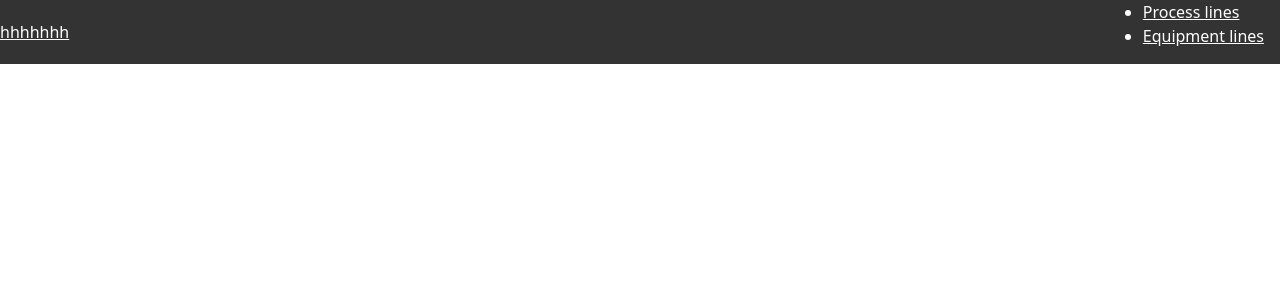
Repository: sreech465/evin3
Page: /pdetails
The author's editor kept a copy of each file at every save. The page is drawn from the files as they stood at one save, then again after the next save.
The browser window is 1280 px wide. The pictures show the whole page.
The page's requests for data from a server got no answer. The project was rebuilt for these pictures with package versions that can differ from the ones it lists, and the page was loaded fresh each time. No one was signed in, and anything a server would have sent is missing. Also part of the build but not shown: src/Login.js, src/Display.js, src/Details.js, src/Equipment.js, src/Learning.js.

Above is the page before, as saved 2022-10-29 00:35:05.

### src/index.js
import React from "react";
import ReactDOM from "react-dom/client";
import "./index.css";
import App from "./App";
import reportWebVitals from "./reportWebVitals";
import { Provider } from "react-redux";
import store from "./store";
import "bootstrap/dist/css/bootstrap.min.css";
const root = ReactDOM.createRoot(document.getElementById("root"));
root.render(
  <React.StrictMode>
    <Provider store={store}>
      <App />
    </Provider>
  </React.StrictMode>
);

// If you want to start measuring performance in your app, pass a function
// to log results (for example: reportWebVitals(console.log))
// or send to an analytics endpoint. Learn more: https://bit.ly/CRA-vitals
reportWebVitals();

### src/App.js
import React from "react";
import { Routes, Route } from "react-router-dom";
import { BrowserRouter } from "react-router-dom";
import Login from "./Login";
import Display from "./Display";
import Details from "./Details";
import Process from "./Process";
import Equipment from "./Equipment";
import Learning from "./Learning";

const App = () => {
  return (
    <div className="App">
      <BrowserRouter>
        <Routes>
          <Route path="/" element={<Login />} />
          <Route path="/display" element={<Display />} />
          <Route path="/details" element={<Details />} />
          <Route path="/pdetails" element={<Process />} />
          <Route path="/elearning" element={<Learning />} />
        </Routes>
      </BrowserRouter>
    </div>
  );
};

export default App;

### src/store.js
import { applyMiddleware, createStore } from "redux";
import thunk from "redux-thunk";

import { singleReducer } from "./combineReducer";

const store = createStore(singleReducer, applyMiddleware(thunk));

export default store;

### src/Process.js
import React, { useState, useEffect } from "react";
import { useSelector, useDispatch } from "react-redux";
import { getProcesslines } from "./Actions";
import Headertabs from "./Headertabs";
import { Routes, Route } from "react-router-dom";
import { BrowserRouter } from "react-router-dom";
import Equipment from "./Equipment";

const Process = () => {
  const dispatch = useDispatch();

  const access_token = useSelector(
    (state) => state.LoginReducer.auth.access_token
  );
  console.log(access_token);

  const ProcessData = useSelector((state) => state.ProcessReducer.Data101);
  console.log(ProcessData);

  useEffect(() => {
    dispatch(getProcesslines(access_token));
  }, []);

  return (
    <>
      <Headertabs />
      <div>
        <Routes>
          <Route path="/equipment" element={<Equipment />} />
        </Routes>
      </div>

      <>
        {ProcessData &&
          ProcessData.data.length > 0 &&
          ProcessData.data.map((element) => {
            return (
              <>
                <div class="card" style={{ display: "flex" }}>
                  <img
                    style={{ width: 70, height: 40 }}
                    class="card-img-top"
                    src={element.primary_product_details.primary_product_image}
                    alt="Card image cap"
                  />
                  <div class="card-body">
                    <h5 class="card-title">{element.name}</h5>
                    <p class="card-text">
                      {element.line_capacity} {element.org_location_name}.
                    </p>
                    <a href="#" class="btn btn-primary">
                      Go somewhere
                    </a>
                  </div>
                </div>
              </>
            );
          })}
      </>
      {/* ) : ( "loading" ); */}
    </>
  );
};

export default Process;

### src/combineReducer.js
import { combineReducers } from "redux";
import { LoginReducer, processReducer, projectReducer } from "./Reducer";

export const singleReducer = combineReducers({
  LoginReducer: LoginReducer,
  ProjectReducer: projectReducer,
  ProcessReducer: processReducer,
});

### src/Actions.js
import axios from "axios";

import {
  LOGIN_SUCESS,
  PROCESS_SUCESS,
  PROJECT_SUCESS,
  EQUIPMENT_SUCESS,
} from "./types";

const apiBaseUrl = "http://52.139.224.15:81/account/";
const adminbaseurl = "http://52.139.224.15:81/";
const baseUrl = "http://52.139.224.15:81/account/login/";

export const loginAction = (username, password, navigate) => {
  console.log(username, password, "action");
  return async (dispatch) => {
    const formData = {
      username: username,
      password: password,
    };

    try {
      await axios.post(baseUrl, formData).then((response) => {
        console.log("response from api", response.data);
        if (response.status == 200) {
          dispatch({ type: LOGIN_SUCESS, payload: response.data });
          navigate("/display");
        }
      });
    } catch (err) {
      console.log(err);
    }
  };
};

export const getProjectDetails = (access_token) => {
  console.log(access_token);
  return async (dispatch) => {
    let config = {
      headers: { Authorization: `Bearer ${access_token}` },
    };

    try {
      await axios
        .get(
          "http://52.139.224.15:81/my_project_list/?search=&page=1&ordering=-id&project_status=&solution_org=",
          config
        )
        .then((response) => {
          console.log("response from api", response);
          if (response.status == 200) {
            dispatch({ type: PROCESS_SUCESS, payload: response });
          }
        });
    } catch (err) {
      console.log(err);
    }
  };
};

export const getProcesslines = (access_token) => {
  console.log(access_token);
  return async (dispatch) => {
    let config = {
      headers: { Authorization: `Bearer ${access_token}` },
    };

    try {
      await axios
        .get(
          "http://52.139.224.15:81/end_user/process_line/?primary_product=all&org_location=&query=&page=1&sort_by=-id&installed_by=",
          config
        )
        .then((response) => {
          console.log("response from api", response);
          if (response.status == 200) {
            dispatch({ type: PROJECT_SUCESS, payload: response });
          }
        });
    } catch (err) {
      console.log(err);
    }
  };
};

// export const getEquipmentDetails = (access_token) => {
//   console.log(access_token);
//   return async (dispatch) => {
//     let config = {
//       headers: { Authorization: `Bearer ${access_token}` },
//     };

//     try {
//       await axios
//         .get(
//           "http://52.139.224.15:81/tagged_equipment_list/?search=&page=1&ordering=-status&process_line__org_location__name=&process_line__name=&system=&oem_org_id=&process_line__primary_product_ref__name=&equipment_select=&process_line__installed_by=",
//           config
//         )
//         .then((response) => {
//           console.log("response from api", response);
//           if (response.status == 200) {
//             dispatch({ type: EQUIPMENT_SUCESS, payload: response });
//           }
//         });
//     } catch (err) {
//       console.log(err);
//     }
//   };
// };

### src/Headertabs.js
import React from "react";
import "./styles.css";

const Headertabs = () => {
  return (
    <nav className="nav">
      <a href="/">hhhhhhh</a>
      <ul>
        <li>
          <a href="/">Process lines</a>
        </li>
        <li>
          <a href="/">Equipment lines</a>
        </li>
      </ul>
    </nav>
  );
};

export default Headertabs;

### src/Reducer.js
import { LOGIN_SUCESS, PROCESS_SUCESS, PROJECT_SUCESS } from "./types";
const initialState = {
  auth: {
    access_token: "",
    username: "",
    role_permissions: [],
  },
  Data100: "",
};

export const LoginReducer = (state = initialState, action) => {
  // console.log(action);

  switch (action.type) {
    case LOGIN_SUCESS:
      return {
        ...state,

        auth: action.payload,
      };

    default:
      return state;
  }
};

export const projectReducer = (state = initialState, action) => {
  // console.log(action);

  switch (action.type) {
    case PROCESS_SUCESS:
      return {
        ...state,

        Data100: action.payload,
      };

    default:
      return state;
  }
};

export const processReducer = (state = initialState, action) => {
  // console.log(action);

  switch (action.type) {
    case PROJECT_SUCESS:
      return {
        ...state,

        Data101: action.payload,
      };

    default:
      return state;
  }
};

### src/types.js
export const LOGIN_SUCESS = "LOGIN_SUCESS";
export const PROCESS_SUCESS = "PROCESS_SUCESS";
export const PROJECT_SUCESS = "PROJECT_SUCESS";
export const EQUIPMENT_SUCESS = "EQUIPMENT_SUCESS";

### src/styles.css
* {
    box-sizing: border-box;
}

body {
    margin:0;

}

.nav {
    background-color: #333;
    color:white;
    display: flex;
    justify-content: space-between;
    align-items: center;
    gap: 2rem;
    padding: 0 1rem;
}

.nav a {
    color:inherit
}

Loaded but not shown: public/index.html (common file); src/index.css (common file); src/reportWebVitals.js (common file)

After the next save:
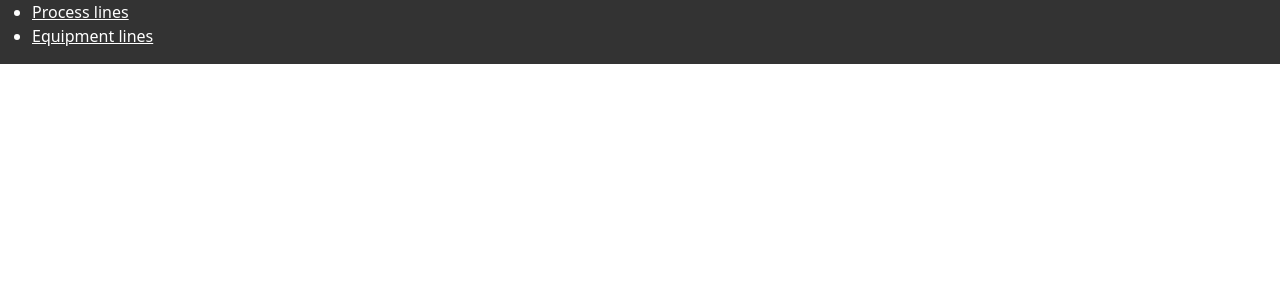
Saved 3 min 10 s later.
--- a/src/Headertabs.js
+++ b/src/Headertabs.js
@@ -1,16 +1,16 @@
 import React from "react";
 import "./styles.css";
+import { Link } from "react-router-dom";
 
 const Headertabs = () => {
   return (
     <nav className="nav">
-      <a href="/">hhhhhhh</a>
       <ul>
         <li>
-          <a href="/">Process lines</a>
+          <Link to="/pdetails">Process lines</Link>
         </li>
         <li>
-          <a href="/">Equipment lines</a>
+          <Link to="/equipment">Equipment lines</Link>
         </li>
       </ul>
     </nav>
